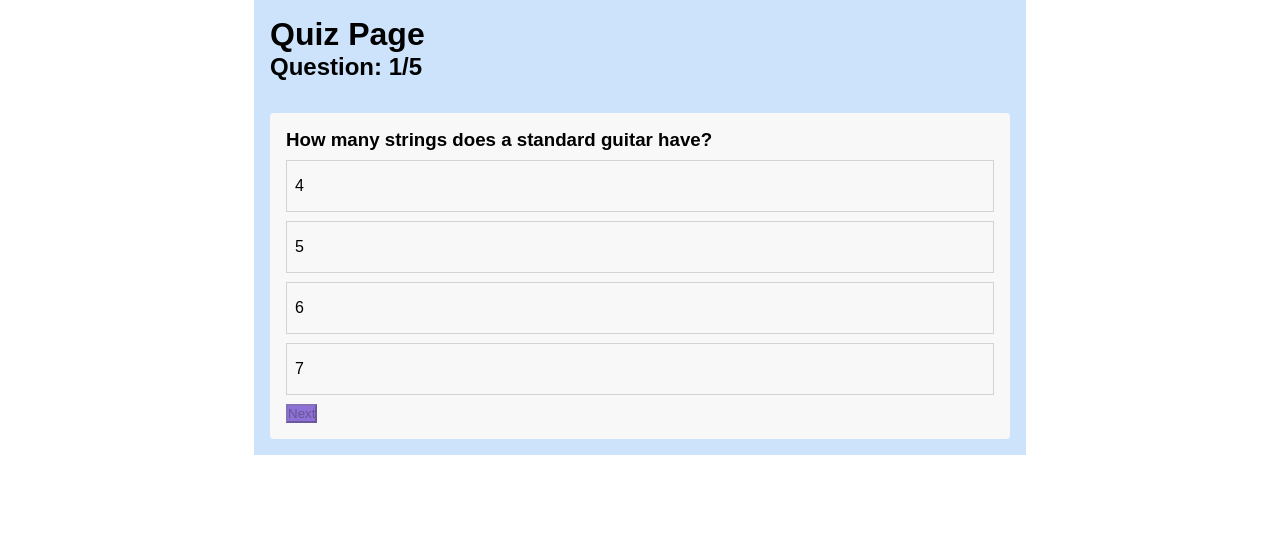
Repository: 1medi/pocketprof
Page: /quiz/page
The author's editor kept a copy of each file at every save. The page is drawn from the files as they stood at one save, then again after the next save.
The browser window is 1280 px wide. The pictures show the whole page.
The project was rebuilt for these pictures with package versions that can differ from the ones it lists, and the page was loaded fresh each time. The framework's server and built-in components were replaced by stand-ins that run in the browser. Also part of the build but not shown: next.config.mjs.

Above is the page before, as saved 2024-04-07 00:37:28.

### pages/quiz/page.jsx
'use client';
import React, { useState } from 'react';
import { quiz } from "../data"
import styles from "./page.module.css"
import { Montserrat } from "next/font/google"

const notoSans = Montserrat({
  subsets: ['latin'], // Specify any subsets, if needed
});
export default function Page() {
  const [activeQuestion, setActiveQuestion] = useState(0);
  const [selectedAnswer, setSelectedAnswer] = useState('');
  const [checked, setChecked] = useState(false);
  const [selectedAnswerIndex, setSelectedAnswerIndex] = useState(null);
  const [showResult, setShowResult] = useState(false);
  const [result, setResult] = useState({
    score: 0,
    correctAnswers: 0,
    wrongAnswers: 0,
  });

  const { questions } = quiz;
  const { question, answers, correctAnswer } = questions[activeQuestion];

  const onAnswerSelected = (answer, idx) => {
    setChecked(true);
    setSelectedAnswerIndex(idx);
    if (answer === correctAnswer) {
      setSelectedAnswer(true);
      console.log('true');
    } else {
      setSelectedAnswer(false);
      console.log('false');
    }
  };

  // Calculate score and increment to next question
  const nextQuestion = () => {
    setSelectedAnswerIndex(null);
    setResult((prev) =>
      selectedAnswer
        ? {
            ...prev,
            score: prev.score + 5,
            correctAnswers: prev.correctAnswers + 1,
          }
        : {
            ...prev,
            wrongAnswers: prev.wrongAnswers + 1,
          }
    );
    if (activeQuestion !== questions.length - 1) {
      setActiveQuestion((prev) => prev + 1);
    } else {
      setActiveQuestion(0);
      setShowResult(true);
    }
    setChecked(false);
  };

  return (
    <>
        <div className={`${styles.container}`}>
      <h1 className={styles.title}>Quiz Page</h1>
      <div>
        <h2 className={styles.activeQ}>
          Question: {activeQuestion + 1}
          <span>/{questions.length}</span>
        </h2>
      </div>
      <div>
        {!showResult ? (
          <div className={styles.quizContainer}>
            <h3 className={styles.question}>{questions[activeQuestion].question}</h3>
            {answers.map((answer, idx) => (
              <li
                key={idx}
                onClick={() => onAnswerSelected(answer, idx)}
                className={`${styles.answerList} ${selectedAnswerIndex === idx ? styles.itemSelected : styles.itemHover}`}
              >
                <span>{answer}</span>
              </li>
            ))}
            {checked ? (
              <button onClick={nextQuestion} className={styles.btn}>
                {activeQuestion === question.length - 1 ? 'Finish' : 'Next'}
              </button>
            ) : (
              <button onClick={nextQuestion} disabled className={styles.btnDisabled}>
                {' '}
                {activeQuestion === question.length - 1 ? 'Finish' : 'Next'}
              </button>
            )}
          </div>
        ) : (
          <div className={styles.quizContainer}>
            <h3 className={styles.hthree}>Results</h3>
            <h3 className={styles.hthree}>Overall {(result.score / 25) * 100}%</h3>
            <p className={styles.paragraph}>
              Total Questions: <span>{questions.length}</span>
            </p>
            <p className={styles.paragraph}>
              Total Score: <span>{result.score}</span>
            </p>
            <p className={styles.paragraph}>
              Correct Answers: <span>{result.correctAnswers}</span>
            </p>
            <p className={styles.paragraph}>
              Wrong Answers: <span>{result.wrongAnswers}</span>
            </p>
            <button className={styles.btn} onClick={() => window.location.reload()}>Restart</button>
          </div>
        )}
      </div>
    </div>
    </>

  );
};

### pages/api/chat-gpt/route.js
import { NextResponse } from "next/server";

export async function POST(request) {
  return NextResponse.json({
    name: "IT WORKS!!!",
  });
}

### styles/globals.css
:root {
background-color: white;
align-content: center;
--main-color-purple: #8E71D5;
--main-color-lightpurple: #CCBFED;
--secondary-color-blue: #9AB7F9;
--secondary-color-lightblue: #CCE3FB;

--main-font: "mont", sans-serif;


}


* {
    padding: 0;
    margin: 0;
  }

  ol,
  ul {
    list-style: none;
  }

### pages/data.js
export const quiz = {
    totalQuestions: 5,
    questions: [
      {
        id: 1,
        question: 'How many strings does a standard guitar have?',
        answers: ['4', '5', '6', '7'],
        correctAnswer: '6',
      },
      {
        id: 2,
        question: 'Which part of the guitar do you strum or pluck the strings with?',
        answers: ['Headstock', 'Fretboard', 'Body', 'Bridge'],
        correctAnswer: 'Body',
      },
      {
        id: 3,
        question: 'What is a pick used for in playing the guitar?',
        answers: ['Holding the strings down', 'Strumming or plucking the strings', 'Keeping the guitar in tune', 'San Marino'],
        correctAnswer: 'Strumming or plucking the strings',
      },
      {
        id: 4,
        question: 'What is the name of the thickest string on the guitar?',
        answers: ['A string', 'E string', 'D string', 'G string'],
        correctAnswer: 'E string',
      },
      {
        id: 5,
        question: 'Where do you place your fingers to play different notes on the guitar?',
        answers: ['On the body', 'On the headstock', 'On the strings over the fretboard', 'On the tuning pegs'],
        correctAnswer: 'On the strings over the fretboard',
      },
    ],
  };

### pages/quiz/page.module.css
.container{
    padding: 1rem;
    background-color: var(--secondary-color-lightblue);
    font-family: "Noto", sans-serif;
  }

.title,
.activeQ{
    color: black;
  }

  .hthree {
    padding-bottom: 2rem;
    color: #000105;
    font-size: 1.8rem;
  }

  .btn {
    padding: 16px 8px;
    width: 100%;
    margin-top: 12px;
    font-size: 1rem;
    border-radius: 4px;
    cursor: pointer;
    background-color: var(--main-color-purple);
    color: #f8f8f8;
  }

  .btnDisabled {
    background-color: var(--main-color-purple);

  }

  .answerList {
    list-style-type: none;
    cursor: pointer;
    margin: 9px 0;
    padding: 16px 8px;
    color: #000105;
    border: 1px solid lightgray;
  }

  .itemHover:hover {
    background-color: #d8d8d8;
    columns: #fff;
  }

  .itemSelected {
    color: #fff;
    background-color: #000925;
  }

  .container {
    max-width: 740px;
    width: 100%;
    margin: auto;
    padding: 1rem;
  }

  .quizContainer {
    background-color: #f8f8f8;
    padding: 1rem;
    margin-top: 2rem;
    border-radius: 4px;
  }

  .paragraph {
    padding: 8px 0;
  }

Loaded but not shown: pages/_app.js (common file); pages/_document.js (common file); pages/api/hello.js (common file); pages/api/askOscar.js (no copy from this time; the picture is the same without it); pages/api/chat.js (no copy from this time; the picture is the same without it); pages/api/image.js (no copy from this time; the picture is the same without it)

After the next save:
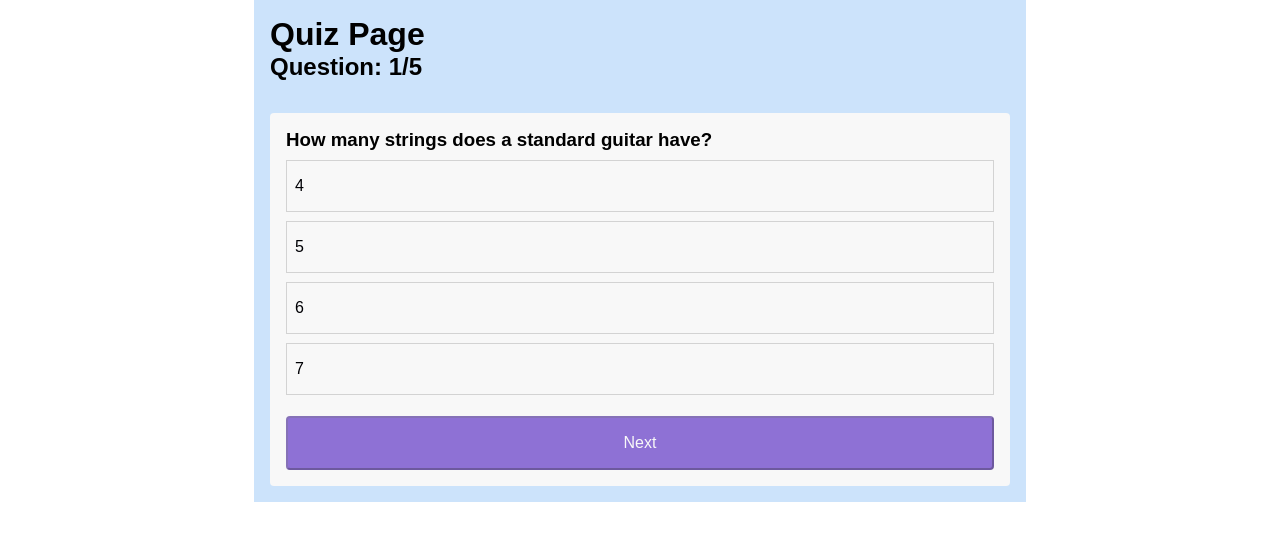
Saved 23 s later.
--- a/pages/quiz/page.module.css
+++ b/pages/quiz/page.module.css
@@ -15,7 +15,7 @@
     font-size: 1.8rem;
   }
 
-  .btn {
+  .btn, .btnDisabled {
     padding: 16px 8px;
     width: 100%;
     margin-top: 12px;
